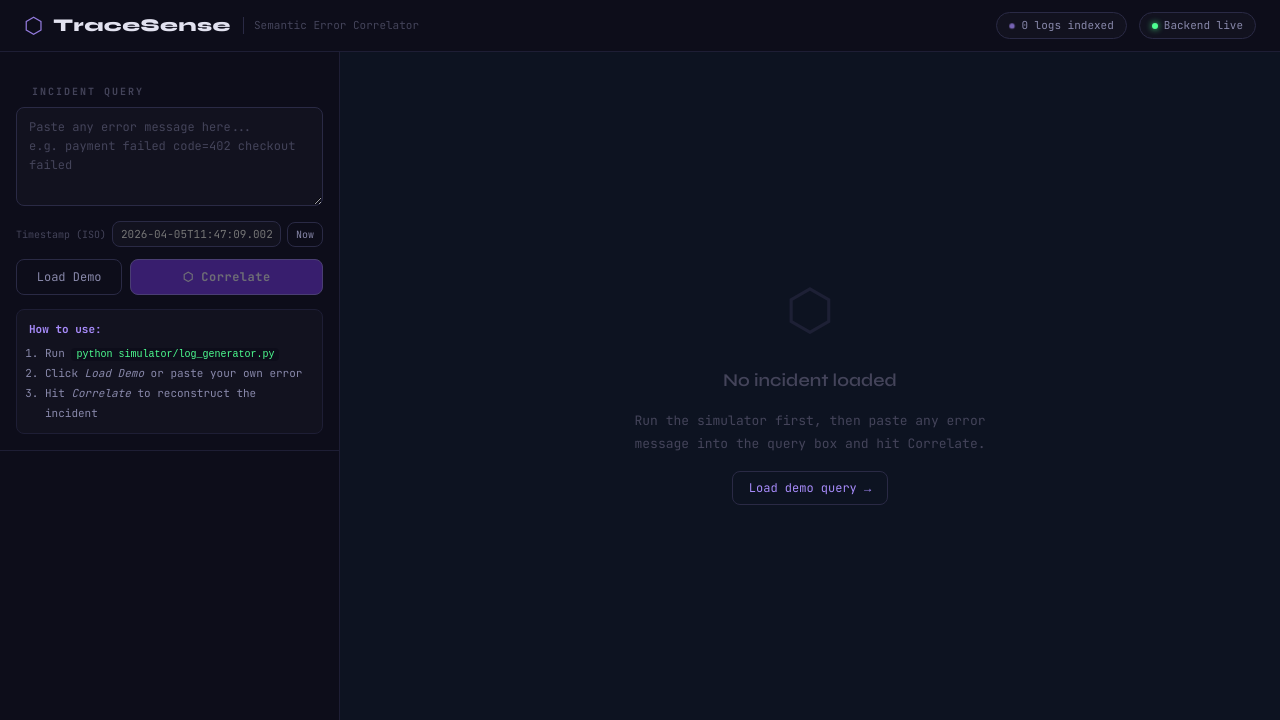
Repository: SaranyaM15/AI_Engineer_Journey
Page: / (app in tracesense/frontend/)
The author's editor kept a copy of each file at every save. The page is drawn from the files as they stood at one save, then again after the next save.
The browser window is 1280 px wide. The pictures show the whole page.
The page's requests for data from a server got no answer. The project was rebuilt for these pictures with package versions that can differ from the ones it lists, and the page was loaded fresh each time. No one was signed in, and anything a server would have sent is missing. Also part of the build but not shown: tracesense/frontend/vite.config.js, tracesense/frontend/src/components/Timeline.jsx, tracesense/frontend/src/components/LogFeed.jsx.

Above is the page before, as saved 2026-04-05 18:39:15.

### tracesense/frontend/src/index.css
*, *::before, *::after {
  box-sizing: border-box;
  margin: 0;
  padding: 0;
}

html, body, #root {
  height: 100%;
  overflow: hidden;
}

### tracesense/frontend/src/App.jsx
import { useState, useEffect } from "react";
import axios from "axios";
import Timeline from "./components/Timeline";
import QueryPanel from "./components/QueryPanel";
import LogFeed from "./components/LogFeed";
import "./App.css";

const API = "http://localhost:8000";

export default function App() {
  const [query, setQuery] = useState("");
  const [timestamp, setTimestamp] = useState("");
  const [cluster, setCluster] = useState(null);
  const [loading, setLoading] = useState(false);
  const [logCount, setLogCount] = useState(0);
  const [error, setError] = useState(null);
  const [simulatorRunning, setSimulatorRunning] = useState(false);

  useEffect(() => {
    fetchLogCount();
    const interval = setInterval(fetchLogCount, 5000);
    return () => clearInterval(interval);
  }, []);

  async function fetchLogCount() {
    try {
      const res = await axios.get(`${API}/logs/count`);
      setLogCount(res.data.total_logs_stored);
    } catch {
      // backend not reachable yet
    }
  }

  async function runCorrelation() {
    if (!query.trim()) return;
    setLoading(true);
    setError(null);
    setCluster(null);

    const ts = timestamp || new Date().toISOString();

    try {
      const res = await axios.post(`${API}/correlate`, {
        message: query,
        timestamp: ts,
      });
      setCluster(res.data);
    } catch (e) {
      setError("Could not reach backend. Make sure uvicorn is running on :8000");
    } finally {
      setLoading(false);
    }
  }

  function handleDemo() {
    setQuery("payment failed code=402 checkout failed");
    setTimestamp("2026-04-05T11:47:09.002Z");
  }

  return (
    <div className="app">
      {/* Top Bar */}
      <header className="topbar">
        <div className="topbar-left">
          <span className="logo-icon">⬡</span>
          <span className="logo-text">TraceSense</span>
          <span className="logo-sub">Semantic Error Correlator</span>
        </div>
        <div className="topbar-right">
          <div className="stat-pill">
            <span className="stat-dot pulse" />
            <span>{logCount.toLocaleString()} logs indexed</span>
          </div>
          <div className="status-pill">
            <span className="status-dot" />
            <span>Backend live</span>
          </div>
        </div>
      </header>

      <div className="layout">
        {/* Left Panel */}
        <aside className="left-panel">
          <QueryPanel
            query={query}
            setQuery={setQuery}
            timestamp={timestamp}
            setTimestamp={setTimestamp}
            onCorrelate={runCorrelation}
            onDemo={handleDemo}
            loading={loading}
          />
          {cluster && (
            <LogFeed cluster={cluster} />
          )}
        </aside>

        {/* Main Timeline */}
        <main className="main-panel">
          {!cluster && !loading && (
            <div className="empty-state">
              <div className="empty-icon">⬡</div>
              <h2>No incident loaded</h2>
              <p>
                Run the simulator first, then paste any error message into
                the query box and hit Correlate.
              </p>
              <button className="demo-hint" onClick={handleDemo}>
                Load demo query →
              </button>
            </div>
          )}
          {loading && (
            <div className="empty-state">
              <div className="spinner" />
              <p>Correlating across services...</p>
            </div>
          )}
          {error && (
            <div className="empty-state error-state">
              <p>{error}</p>
            </div>
          )}
          {cluster && !loading && (
            <Timeline cluster={cluster} />
          )}
        </main>
      </div>
    </div>
  );
}

### tracesense/frontend/src/components/QueryPanel.jsx
export default function QueryPanel({
  query, setQuery, timestamp, setTimestamp,
  onCorrelate, onDemo, loading
}) {
  return (
    <div className="query-panel">
      <div className="panel-label">INCIDENT QUERY</div>

      <textarea
        className="query-input"
        placeholder="Paste any error message here...&#10;e.g. payment failed code=402 checkout failed"
        value={query}
        onChange={e => setQuery(e.target.value)}
        rows={4}
      />

      <div className="ts-row">
        <label className="ts-label">Timestamp (ISO)</label>
        <input
          className="ts-input"
          placeholder="2026-04-05T11:47:09.002Z"
          value={timestamp}
          onChange={e => setTimestamp(e.target.value)}
        />
        <button
          className="now-btn"
          onClick={() => setTimestamp(new Date().toISOString())}
        >
          Now
        </button>
      </div>

      <div className="btn-row">
        <button className="demo-btn" onClick={onDemo}>
          Load Demo
        </button>
        <button
          className="correlate-btn"
          onClick={onCorrelate}
          disabled={loading || !query.trim()}
        >
          {loading ? "Correlating..." : "⬡ Correlate"}
        </button>
      </div>

      <div className="hint-box">
        <strong>How to use:</strong>
        <ol>
          <li>Run <code>python simulator/log_generator.py</code></li>
          <li>Click <em>Load Demo</em> or paste your own error</li>
          <li>Hit <em>Correlate</em> to reconstruct the incident</li>
        </ol>
      </div>
    </div>
  );
}

### tracesense/frontend/src/App.css
@import url('https://fonts.googleapis.com/css2?family=JetBrains+Mono:wght@400;500;700&family=Syne:wght@400;600;800&display=swap');

/* ── Variables ── */
:root {
  --bg:         #0D1321;
  --bg2:        #0d0d1a;
  --bg3:        #12121f;
  --border:     #1e1e35;
  --border2:    #2a2a45;
  --accent:     #a78bfa;
  --accent2:    #7c3aed;
  --text:       #e2e2f0;
  --text2:      #8888aa;
  --text3:      #44445a;
  --mono:       'JetBrains Mono', monospace;
  --display:    'Syne', sans-serif;
  --error:      #ff4d4d;
  --warn:       #f5a623;
  --info:       #4dff91;
  --radius:     8px;
}

/* ── Reset ── */
*, *::before, *::after { box-sizing: border-box; margin: 0; padding: 0; }

body {
  background:  var(--bg);
  color:       var(--text);
  font-family: var(--mono);
  font-size:   13px;
  line-height: 1.5;
  overflow:    hidden;
  height:      100vh;
}

#root { height: 100vh; display: flex; flex-direction: column; }

/* ── App Layout ── */
.app {
  display:        flex;
  flex-direction: column;
  height:         100vh;
  overflow:       hidden;
}

/* ── Topbar ── */
.topbar {
  display:         flex;
  align-items:     center;
  justify-content: space-between;
  padding:         0 24px;
  height:          52px;
  background:      var(--bg2);
  border-bottom:   1px solid var(--border);
  flex-shrink:     0;
}

.topbar-left {
  display:     flex;
  align-items: center;
  gap:         10px;
}

.logo-icon {
  color:       var(--accent);
  font-size:   22px;
  line-height: 1;
  animation:   pulse-icon 3s ease-in-out infinite;
}

@keyframes pulse-icon {
  0%, 100% { opacity: 1; }
  50%       { opacity: 0.5; }
}

.logo-text {
  font-family: var(--display);
  font-weight: 800;
  font-size:   18px;
  letter-spacing: 0.5px;
  color:       var(--text);
}

.logo-sub {
  color:       var(--text3);
  font-size:   11px;
  border-left: 1px solid var(--border2);
  padding-left: 10px;
  margin-left:  2px;
}

.topbar-right {
  display:     flex;
  align-items: center;
  gap:         12px;
}

.stat-pill, .status-pill {
  display:       flex;
  align-items:   center;
  gap:           6px;
  padding:       4px 12px;
  border-radius: 20px;
  border:        1px solid var(--border2);
  background:    var(--bg3);
  font-size:     11px;
  color:         var(--text2);
}

.stat-dot {
  width:         6px;
  height:        6px;
  border-radius: 50%;
  background:    var(--accent);
}

.stat-dot.pulse {
  animation: dot-pulse 2s ease-in-out infinite;
}

@keyframes dot-pulse {
  0%, 100% { opacity: 1; transform: scale(1); }
  50%       { opacity: 0.4; transform: scale(0.8); }
}

.status-dot {
  width:         6px;
  height:        6px;
  border-radius: 50%;
  background:    var(--info);
  box-shadow:    0 0 6px var(--info);
}

/* ── Main Layout ── */
.layout {
  display:  flex;
  flex:     1;
  overflow: hidden;
}

/* ── Left Panel ── */
.left-panel {
  width:        340px;
  flex-shrink:  0;
  background:   var(--bg2);
  border-right: 1px solid var(--border);
  display:      flex;
  flex-direction: column;
  overflow:     hidden;
}

.panel-label {
  font-size:      10px;
  letter-spacing: 2px;
  color:          var(--text3);
  font-weight:    700;
  padding:        16px 16px 8px;
  display:        flex;
  align-items:    center;
  gap:            8px;
}

.count-badge {
  background:    var(--accent2);
  color:         white;
  border-radius: 10px;
  padding:       1px 7px;
  font-size:     10px;
}

/* ── Query Panel ── */
.query-panel {
  padding:     16px;
  border-bottom: 1px solid var(--border);
  flex-shrink: 0;
}

.query-input {
  width:        100%;
  background:   var(--bg3);
  border:       1px solid var(--border2);
  border-radius: var(--radius);
  color:        var(--text);
  font-family:  var(--mono);
  font-size:    12px;
  padding:      10px 12px;
  resize:       vertical;
  outline:      none;
  transition:   border-color 0.2s;
  line-height:  1.6;
}

.query-input:focus {
  border-color: var(--accent);
}

.query-input::placeholder { color: var(--text3); }

.ts-row {
  display:     flex;
  align-items: center;
  gap:         6px;
  margin-top:  10px;
}

.ts-label {
  font-size:   10px;
  color:       var(--text3);
  white-space: nowrap;
}

.ts-input {
  flex:         1;
  background:   var(--bg3);
  border:       1px solid var(--border2);
  border-radius: var(--radius);
  color:        var(--text2);
  font-family:  var(--mono);
  font-size:    11px;
  padding:      5px 8px;
  outline:      none;
  min-width:    0;
}

.ts-input:focus { border-color: var(--accent); }

.now-btn {
  background:    transparent;
  border:        1px solid var(--border2);
  border-radius: var(--radius);
  color:         var(--text2);
  font-family:   var(--mono);
  font-size:     10px;
  padding:       5px 8px;
  cursor:        pointer;
  white-space:   nowrap;
  transition:    all 0.15s;
}

.now-btn:hover {
  border-color: var(--accent);
  color:        var(--accent);
}

.btn-row {
  display:    flex;
  gap:        8px;
  margin-top: 12px;
}

.demo-btn {
  flex:          1;
  background:    transparent;
  border:        1px solid var(--border2);
  border-radius: var(--radius);
  color:         var(--text2);
  font-family:   var(--mono);
  font-size:     12px;
  padding:       9px;
  cursor:        pointer;
  transition:    all 0.15s;
}

.demo-btn:hover {
  border-color: var(--accent);
  color:        var(--accent);
}

.correlate-btn {
  flex:          2;
  background:    var(--accent2);
  border:        1px solid var(--accent);
  border-radius: var(--radius);
  color:         white;
  font-family:   var(--mono);
  font-size:     12px;
  font-weight:   700;
  padding:       9px;
  cursor:        pointer;
  transition:    all 0.15s;
  letter-spacing: 0.5px;
}

.correlate-btn:hover:not(:disabled) {
  background: var(--accent);
  box-shadow: 0 0 20px var(--accent2);
}

.correlate-btn:disabled {
  opacity: 0.4;
  cursor: not-allowed;
}

.hint-box {
  margin-top:    14px;
  background:    var(--bg3);
  border:        1px solid var(--border);
  border-radius: var(--radius);
  padding:       10px 12px;
  font-size:     11px;
  color:         var(--text2);
  line-height:   1.8;
}

.hint-box strong { color: var(--accent); }
.hint-box ol { padding-left: 16px; margin-top: 4px; }
.hint-box code {
  background:    var(--bg2);
  padding:       1px 5px;
  border-radius: 4px;
  color:         var(--info);
  font-size:     10px;
}

/* ── Log Feed ── */
.log-feed {
  flex:      1;
  overflow:  hidden;
  display:   flex;
  flex-direction: column;
}

.log-list {
  flex:       1;
  overflow-y: auto;
  padding:    8px;
  display:    flex;
  flex-direction: column;
  gap:        6px;
}

.log-list::-webkit-scrollbar { width: 4px; }
.log-list::-webkit-scrollbar-track { background: transparent; }
.log-list::-webkit-scrollbar-thumb { background: var(--border2); border-radius: 2px; }

.log-card {
  background:    var(--bg3);
  border:        1px solid var(--border);
  border-radius: var(--radius);
  padding:       10px;
  transition:    border-color 0.15s;
  animation:     slide-in 0.3s ease both;
}

@keyframes slide-in {
  from { opacity: 0; transform: translateX(-10px); }
  to   { opacity: 1; transform: translateX(0); }
}

.log-card:hover { border-color: var(--border2); }

.log-card-top {
  display:     flex;
  align-items: center;
  gap:         6px;
  margin-bottom: 5px;
}

.log-icon   { font-size: 14px; }
.log-level  { font-size: 10px; font-weight: 700; letter-spacing: 1px; }
.log-service { flex: 1; font-size: 11px; color: var(--text2); }
.log-score  { font-size: 11px; color: var(--accent); font-weight: 700; }

.log-message {
  font-size:   11px;
  color:       var(--text);
  line-height: 1.5;
  word-break:  break-word;
  margin-bottom: 6px;
}

.log-meta {
  display:         flex;
  justify-content: space-between;
  align-items:     center;
  font-size:       10px;
  color:           var(--text3);
}

.score-bars {
  display: flex;
  gap:     8px;
}

.score-bars span { color: var(--text3); }

.conf-bar-bg {
  height:        2px;
  background:    var(--border);
  border-radius: 1px;
  margin-top:    6px;
  overflow:      hidden;
}

.conf-bar-fill {
  height:     100%;
  background: linear-gradient(90deg, var(--accent2), var(--accent));
  border-radius: 1px;
  transition: width 0.5s ease;
}

/* ── Main Panel ── */
.main-panel {
  flex:       1;
  overflow-y: auto;
  padding:    24px;
}

.main-panel::-webkit-scrollbar { width: 5px; }
.main-panel::-webkit-scrollbar-track { background: transparent; }
.main-panel::-webkit-scrollbar-thumb { background: var(--border2); border-radius: 3px; }

/* ── Empty State ── */
.empty-state {
  display:         flex;
  flex-direction:  column;
  align-items:     center;
  justify-content: center;
  height:          100%;
  gap:             16px;
  text-align:      center;
  color:           var(--text2);
  animation:       fade-in 0.4s ease;
}

@keyframes fade-in {
  from { opacity: 0; }
  to   { opacity: 1; }
}

.empty-icon {
  font-size:  56px;
  color:      var(--border2);
  animation:  pulse-icon 4s ease-in-out infinite;
}

.empty-state h2 {
  font-family: var(--display);
  font-weight: 600;
  color:       var(--text3);
  font-size:   18px;
}

.empty-state p {
  max-width:  380px;
  color:      var(--text3);
  font-size:  13px;
  line-height: 1.7;
}

.demo-hint {
  background:    transparent;
  border:        1px solid var(--border2);
  border-radius: var(--radius);
  color:         var(--accent);
  font-family:   var(--mono);
  font-size:     12px;
  padding:       8px 16px;
  cursor:        pointer;
  transition:    all 0.15s;
}

.demo-hint:hover {
  border-color: var(--accent);
  box-shadow:   0 0 14px var(--accent2);
}

.error-state { color: var(--error); }

/* ── Spinner ── */
.spinner {
  width:         36px;
  height:        36px;
  border:        3px solid var(--border2);
  border-top:    3px solid var(--accent);
  border-radius: 50%;
  animation:     spin 0.8s linear infinite;
}

@keyframes spin {
  to { transform: rotate(360deg); }
}

/* ── Timeline ── */
.timeline-wrap {
  display:        flex;
  flex-direction: column;
  gap:            20px;
  animation:      fade-in 0.4s ease;
}

.timeline-header {
  border-bottom: 1px solid var(--border);
  padding-bottom: 16px;
}

.tl-title {
  font-family: var(--display);
  font-weight: 700;
  font-size:   20px;
  color:       var(--text);
  display:     flex;
  align-items: center;
  gap:         12px;
  margin-bottom: 6px;
}

.tl-badge {
  font-family:   var(--mono);
  font-size:     11px;
  font-weight:   400;
  background:    var(--accent2);
  color:         white;
  padding:       2px 10px;
  border-radius: 10px;
}

.tl-query {
  font-size:  12px;
  color:      var(--text3);
}

.tl-query em {
  color:      var(--accent);
  font-style: normal;
}

/* ── Swim Lanes ── */
.swim-container {
  display:        flex;
  flex-direction: column;
  gap:            0;
}

.swim-lane {
  display:     flex;
  align-items: stretch;
  min-height:  80px;
  border-bottom: 1px solid var(--border);
}

.swim-lane:last-child { border-bottom: none; }

.lane-label {
  width:          160px;
  flex-shrink:    0;
  display:        flex;
  align-items:    center;
  gap:            8px;
  padding:        16px 12px;
  border-left:    3px solid transparent;
  font-size:      11px;
  color:          var(--text2);
  background:     var(--bg2);
}

.lane-dot {
  width:         8px;
  height:        8px;
  border-radius: 50%;
  flex-shrink:   0;
}

.lane-track {
  flex:       1;
  position:   relative;
  padding:    16px 20px;
  display:    flex;
  flex-direction: column;
  gap:        10px;
}

.lane-line {
  position:     absolute;
  left:         0;
  right:        0;
  top:          50%;
  height:       1px;
  border-top:   1px dashed;
  pointer-events: none;
  z-index:      0;
}

.lane-event {
  display:     flex;
  align-items: flex-start;
  gap:         12px;
  position:    relative;
  z-index:     1;
}

.event-dot {
  width:         14px;
  height:        14px;
  border-radius: 50%;
  border:        2px solid;
  flex-shrink:   0;
  margin-top:    3px;
  cursor:        pointer;
  transition:    transform 0.15s;
}

.event-dot:hover { transform: scale(1.4); }

.event-card {
  background:    var(--bg3);
  border:        1px solid var(--border);
  border-left:   3px solid;
  border-radius: var(--radius);
  padding:       8px 12px;
  flex:          1;
  animation:     slide-in 0.3s ease both;
}

.event-card-top {
  display:     flex;
  align-items: center;
  gap:         8px;
  margin-bottom: 4px;
}

.event-level {
  font-size:      10px;
  font-weight:    700;
  letter-spacing: 1px;
}

.event-time  { font-size: 10px; color: var(--text3); }
.event-score { font-size: 10px; color: var(--accent); margin-left: auto; }

.event-message {
  font-size:  11px;
  color:      var(--text);
  word-break: break-word;
  line-height: 1.5;
}

/* ── Root Cause Banner ── */
.root-cause-banner {
  display:       flex;
  align-items:   center;
  gap:           12px;
  background:    linear-gradient(135deg, #1a0a2e, #0d0d1a);
  border:        1px solid var(--accent2);
  border-radius: var(--radius);
  padding:       12px 18px;
  font-size:     12px;
  box-shadow:    0 0 24px #7c3aed22;
}

.rc-label {
  color:          var(--accent);
  font-weight:    700;
  letter-spacing: 1px;
  font-size:      10px;
  white-space:    nowrap;
}

.rc-service {
  background:    var(--accent2);
  color:         white;
  padding:       2px 10px;
  border-radius: 10px;
  font-size:     11px;
  white-space:   nowrap;
}

.rc-message {
  flex:      1;
  color:     var(--text2);
  font-size: 11px;
  overflow:  hidden;
  text-overflow: ellipsis;
  white-space:   nowrap;
}

.rc-time {
  color:      var(--text3);
  font-size:  11px;
  white-space: nowrap;
}

/* ── Canvas ── */
.connector-canvas {
  z-index: 2;
}

Loaded but not shown: tracesense/frontend/src/main.jsx (common file)

After the next save:
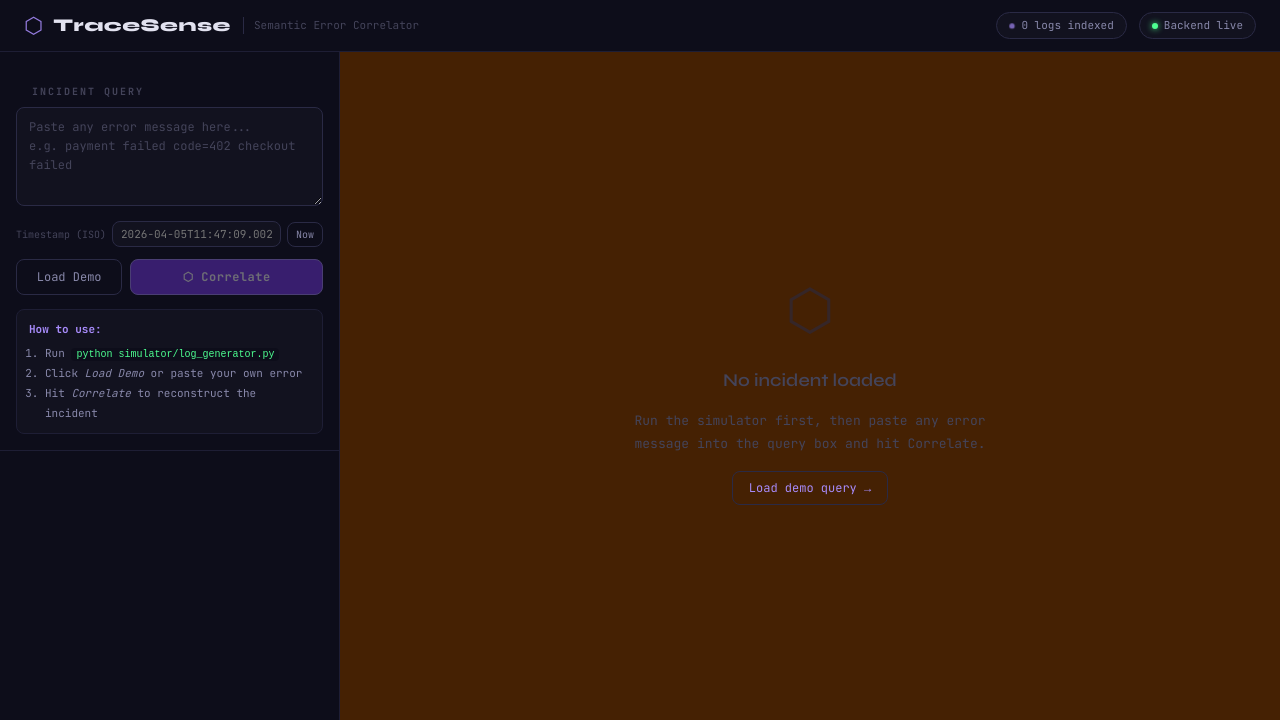
Saved 99 s later.
--- a/tracesense/frontend/src/App.css
+++ b/tracesense/frontend/src/App.css
@@ -2,7 +2,7 @@
 
 /* ── Variables ── */
 :root {
-  --bg:         #0D1321;
+  --bg:         #452103;
   --bg2:        #0d0d1a;
   --bg3:        #12121f;
   --border:     #1e1e35;
